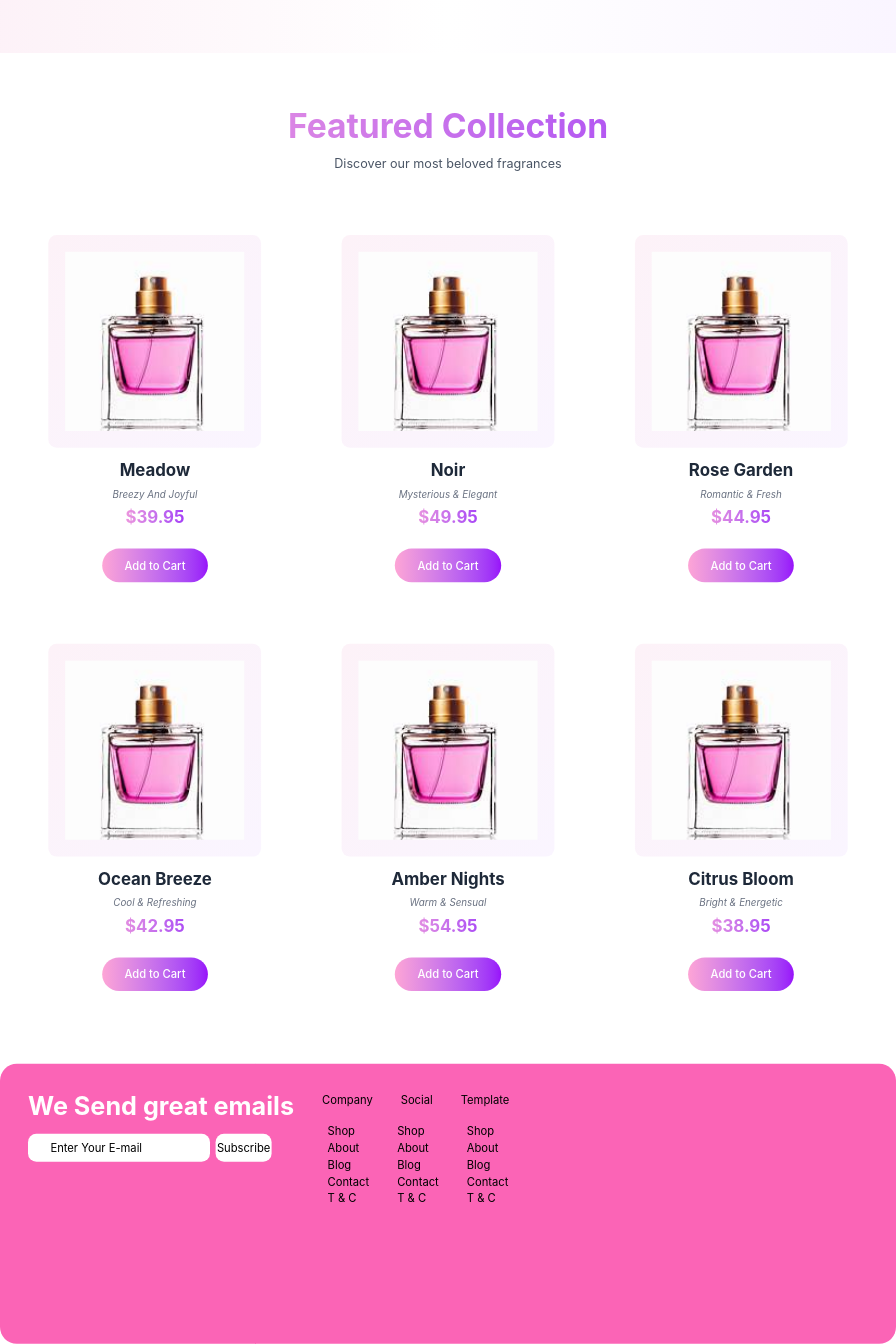
Repository: kiran2k5-ai/E-Commerce-Perfume
Page: /
An editor plug-in stored every save of this project. The page is shown before and after the next save, followed by the edit.
The browser window is 1280 px wide. The pictures show the part of the page from y = 904 to 2824 px (the page is 2824 px tall), at 70% of full size.
The project was rebuilt for these pictures with package versions that can differ from the ones it lists, and the page was loaded fresh each time. Also part of the build but not shown: vite.config.js.

Above is the page before, as saved 2026-02-04 12:53:33.

After the next save:
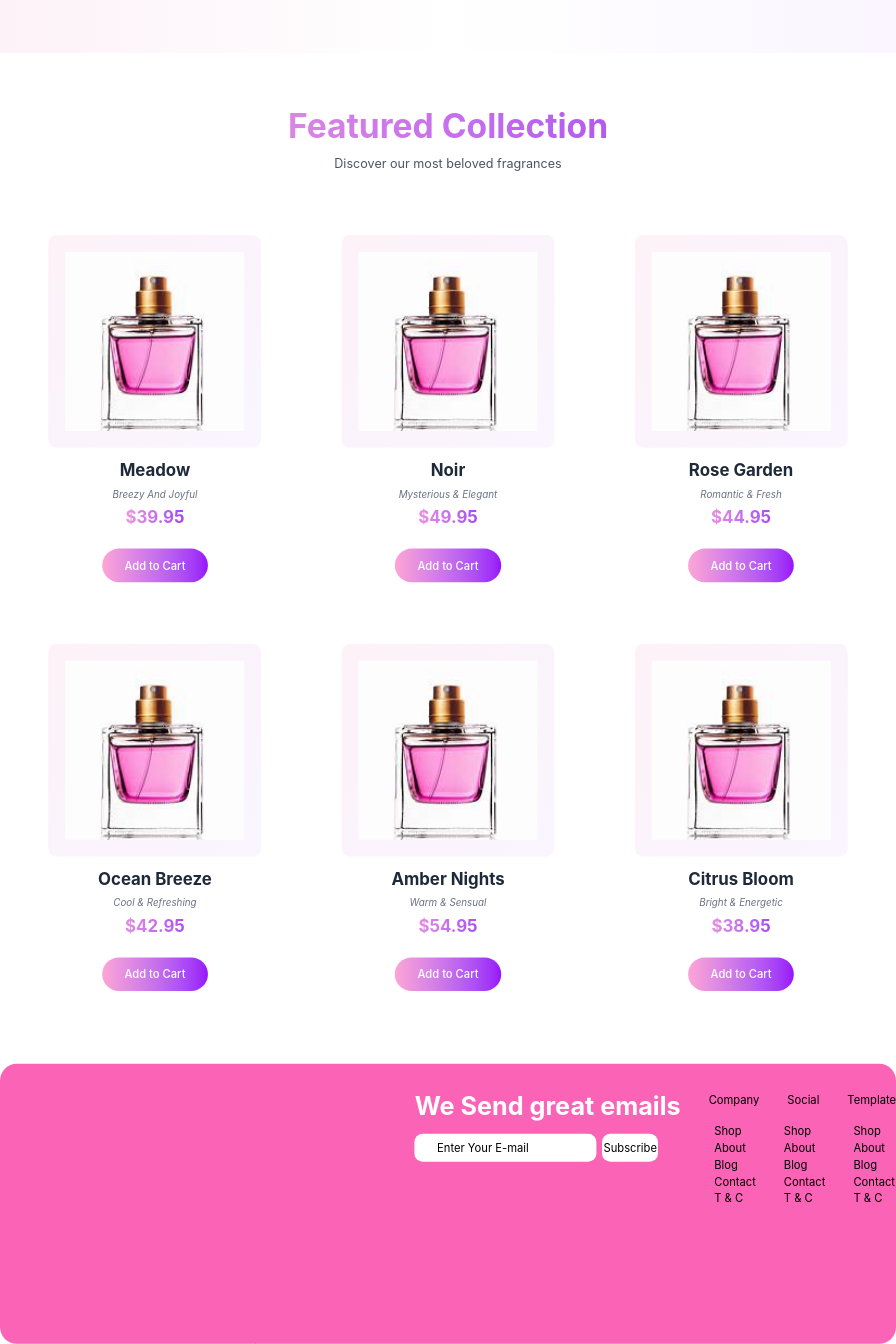
Saved 4 s later.
--- a/src/components/Footer.jsx
+++ b/src/components/Footer.jsx
@@ -3,7 +3,7 @@
 const Footer = () => {
   return (
     <div className='flex justify-center'>
-      <div className='h-100 w-350 bg-pink-400 rounded-3xl flex flex-row justify-'>
+      <div className='h-100 w-350 bg-pink-400 rounded-3xl flex flex-row justify-end-safe'>
         <div className='mt-10 ml-10 '>
             <h2 className='font-bold text-4xl  text-white'>We Send great emails</h2>
             <div className='flex flex-row gap-2 mt-5'>

After the save that followed:
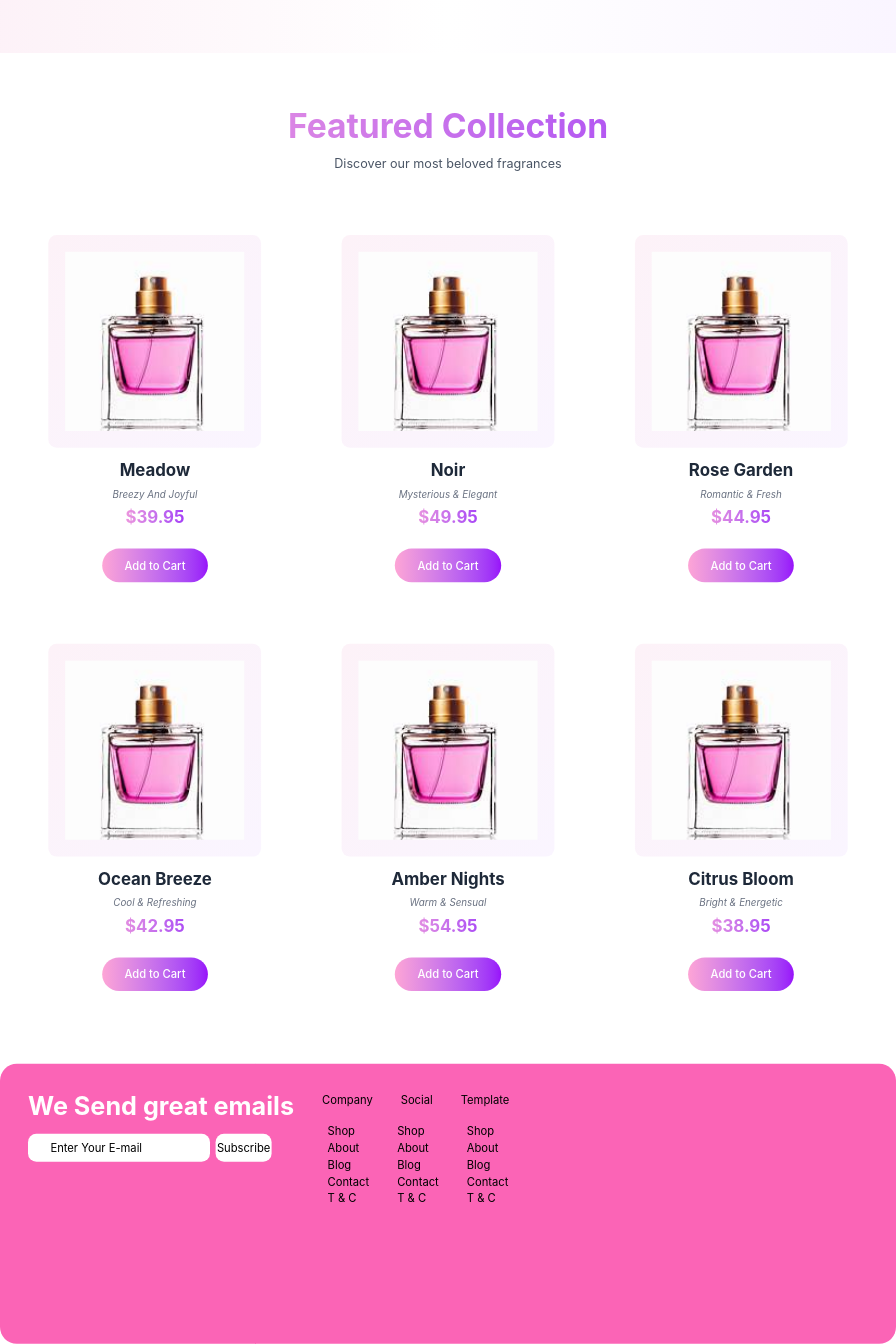
Saved 5 s later.
--- a/src/components/Footer.jsx
+++ b/src/components/Footer.jsx
@@ -3,7 +3,7 @@
 const Footer = () => {
   return (
     <div className='flex justify-center'>
-      <div className='h-100 w-350 bg-pink-400 rounded-3xl flex flex-row justify-end-safe'>
+      <div className='h-100 w-350 bg-pink-400 rounded-3xl flex flex-row justify-'>
         <div className='mt-10 ml-10 '>
             <h2 className='font-bold text-4xl  text-white'>We Send great emails</h2>
             <div className='flex flex-row gap-2 mt-5'>
